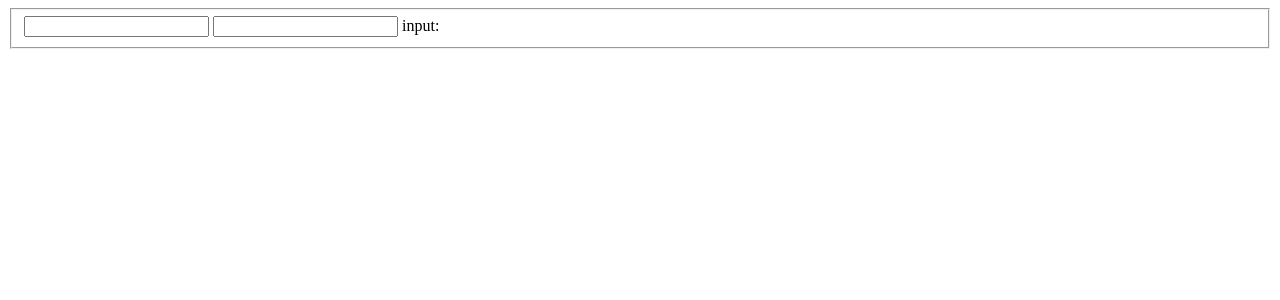
Repository: Malcolmt129/COSC484-assignment1
Page: tueats.html
An editor plug-in stored every save of this project. The page is shown before and after a run of saves, followed by the edit.
The browser window is 1280 px wide. The pictures show the whole page.

Above is the page before, as saved 2023-02-08 15:10:51.

After the next 2 saves:
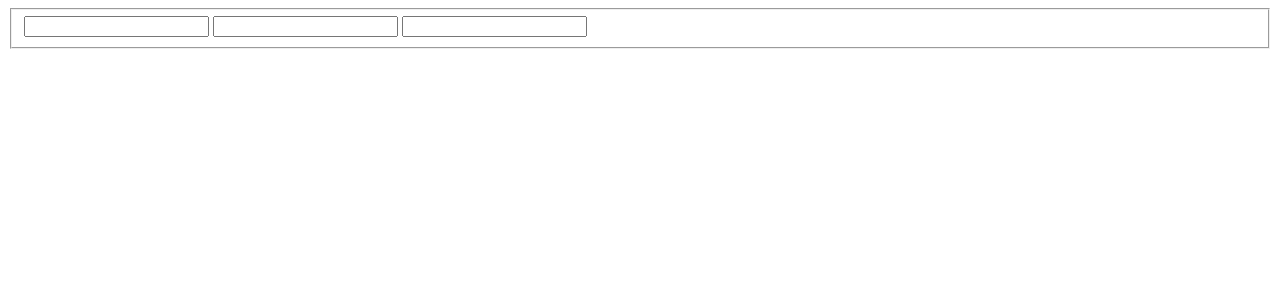
The 2 saves are shown as one change because they came seconds apart.
The last was saved 13 s later.
--- a/tueats.html
+++ b/tueats.html
@@ -8,7 +8,7 @@
             <fieldset>
                 <input type="text" name="username" required />
                 <input type="text" name="email" required />
-                input:
+                <input type="text" name="" id="">
 
             </fieldset>
         </form>
